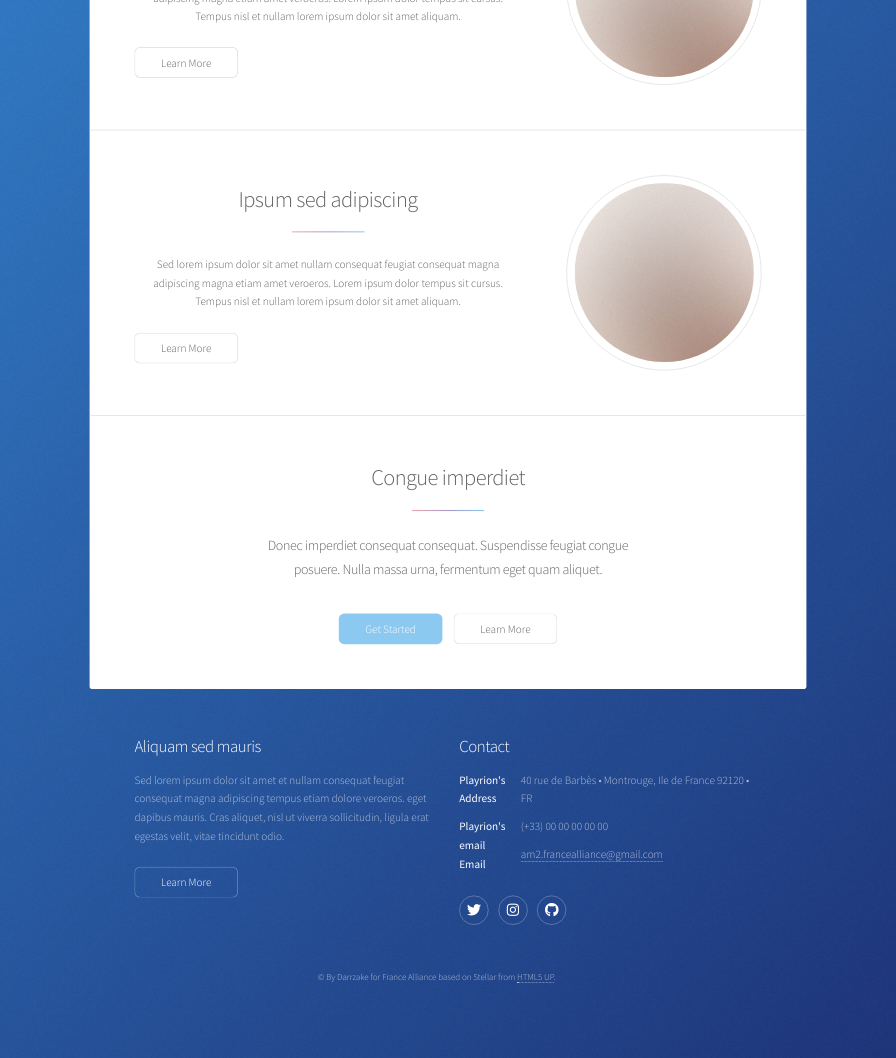
Repository: France-Alliance/France-Alliance.github.io
Page: index.html
These files come from the project's save history. The page is drawn as it stood at one moment and after the next save; the edit follows.
The browser window is 1280 px wide. The pictures show the part of the page from y = 1246 to 3166 px (the page is 2758 px tall before and 3166 px after), at 70% of full size.

Above is the page before, as saved 2021-04-06 10:13:08.

After the next save:
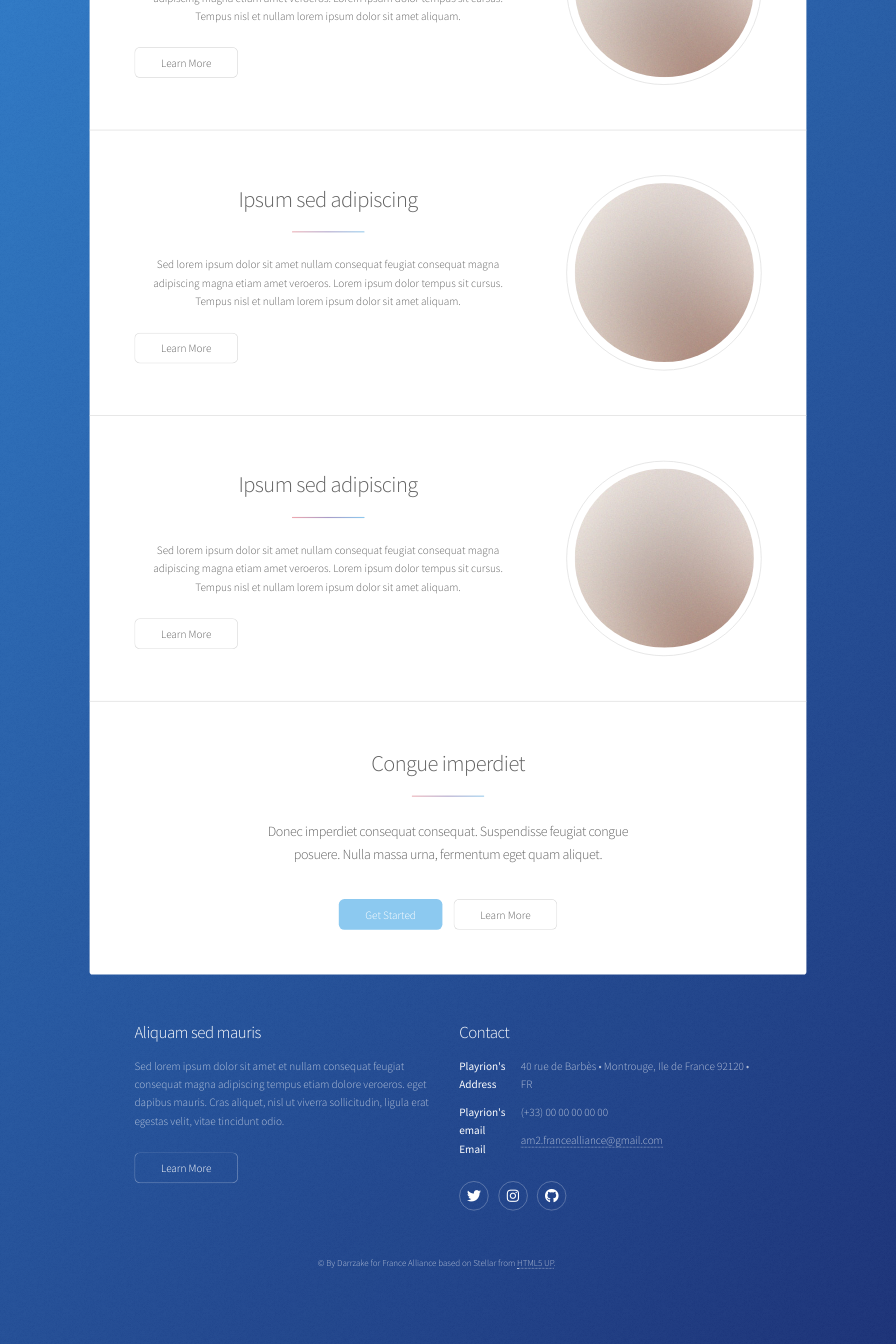
Saved 39 s later.
--- a/index.html
+++ b/index.html
@@ -151,6 +151,23 @@
 							</section>
 						-->
 			<section id="second" class="main special">
+				<div class="spotlight">
+					<div class="content">
+						<header class="major">
+							<h2>Ipsum sed adipiscing</h2>
+						</header>
+						<p>Sed lorem ipsum dolor sit amet nullam consequat feugiat consequat magna
+							adipiscing magna etiam amet veroeros. Lorem ipsum dolor tempus sit cursus.
+							Tempus nisl et nullam lorem ipsum dolor sit amet aliquam.</p>
+						<ul class="actions">
+							<li><a href="generic.html" class="button">Learn More</a></li>
+						</ul>
+					</div>
+					<span class="image"><img src="images/pic01.jpg" alt="" /></span>
+				</div>
+			</section>
+
+			<section id="third" class="main special">
 				<div class="spotlight">
 					<div class="content">
 						<header class="major">
